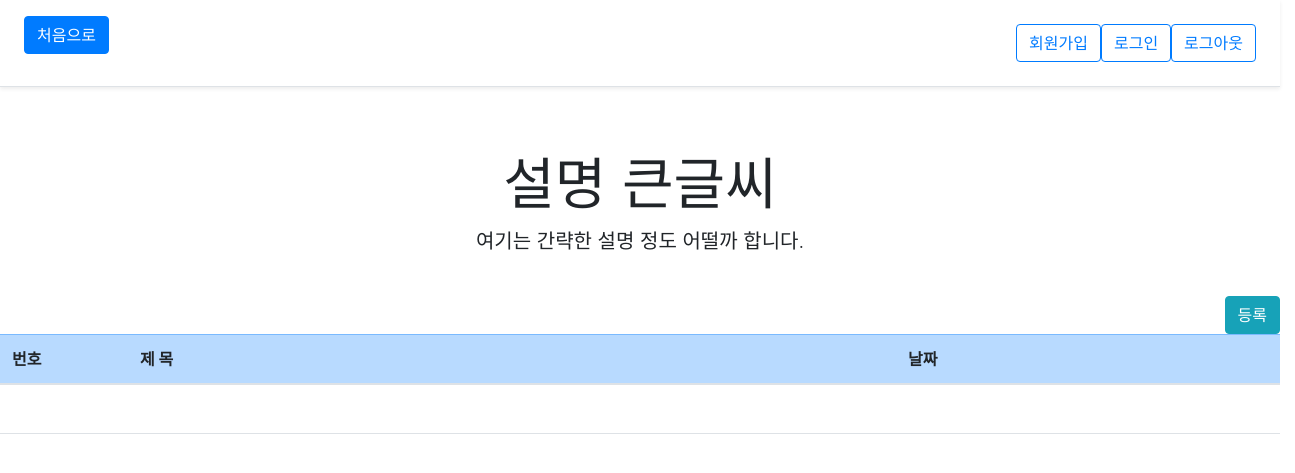
Repository: SettingRhino/innogleantmanager
Page: http://localhost/antmanager/WEB-INF/views/diary.jsp
An editor plug-in stored every save of this project. The page is shown before and after the next save, followed by the edit.
The browser window is 1280 px wide. The page is 1295 px wide, so the pictures cover 1295 px, including what lies to the right of the window. The pictures show the whole page.
The page is served by Tomcat 9. Nobody is signed in. The template is opened directly, without the code that normally fills it, so the values that code supplies are empty.

Above is the page before, as saved 2020-06-09 02:28:54.

After the next save:
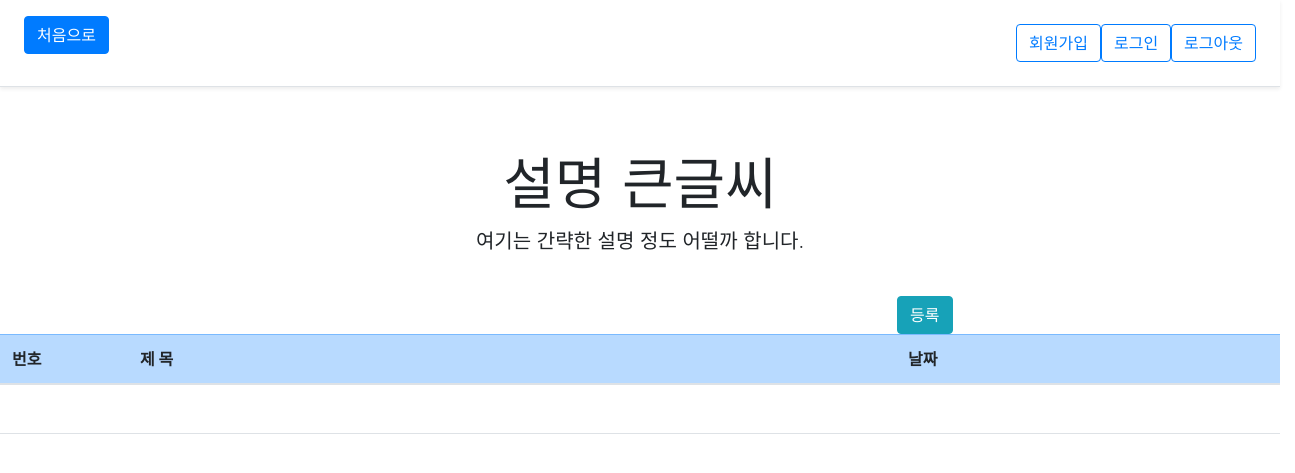
Saved 27 s later.
--- a/antmanager/src/main/webapp/WEB-INF/views/diary.jsp
+++ b/antmanager/src/main/webapp/WEB-INF/views/diary.jsp
@@ -64,11 +64,12 @@
 		<p class="lead">여기는 간략한 설명 정도 어떨까 합니다.</p>
 	</div>
 	<div class="row">
-		<div class="col-lg-4"></div>
-		<div class="col-lg-4"></div>
-		<div class="col-lg-4" align="right">
+		<div class="col-lg-3"></div>
+		<div class="col-lg-3"></div>
+		<div class="col-lg-3" align="right">
 			<a href="<c:url value="/diary/edit"/>" class="btn btn-info" role="button">등록</a>
 		</div>
+		<div class="col-lg-3"></div>
 	</div>
 	<table class="table">
 		<thead>
